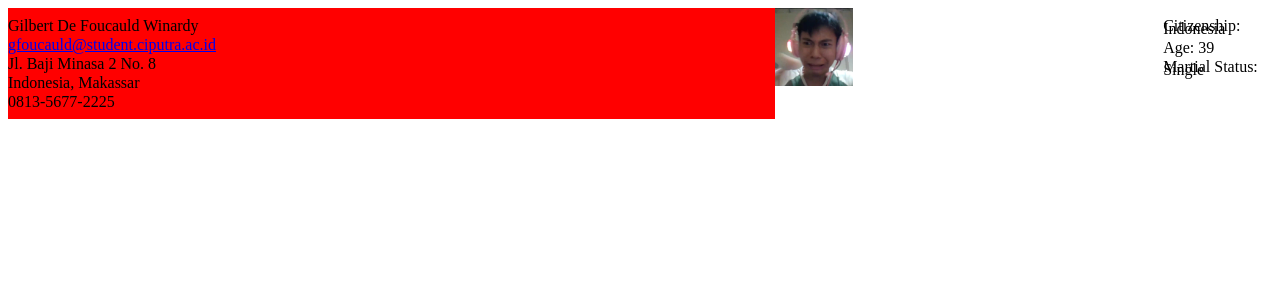
Repository: Gibekkk/WebPro
Page: Tugas Lab 1/index.html
The author's editor kept a copy of each file at every save. The page is drawn from the files as they stood at one save, then again after a run of saves.
The browser window is 1280 px wide. The pictures show the whole page.

Above is the page before, as saved 2024-03-25 12:56:12.

### Tugas Lab 1/index.html
<!DOCTYPE html>
<html lang="en">
<head>
    <meta charset="UTF-8">
    <meta name="viewport" content="width=device-width, initial-scale=1.0">
    <title>Portfolio</title>
    <link rel="stylesheet" href="style.css">
</head>
<body>
    <header>
        <div class="title">
            <p class="name">Gilbert De Foucauld Winardy</p>
            <a href="gfoucauld@student.ciputra.ac.id">gfoucauld@student.ciputra.ac.id</a>
            <p>Jl. Baji Minasa 2 No. 8</p>
            <p>Indonesia, Makassar</p>
            <p>0813-5677-2225</p>
        </div>
        <div class="picture">
            <img class="profile-pic" src="javin.jpg">
        </div>
        <div class="description">
            <p>Citizenship: Indonesia</p>
            <p>Age: 39</p>
            <p>Martial Status: Single</p>
        </div>
    </header>
</body>
</html>

### Tugas Lab 1/style.css
.title{
    background-color: red;
    width: 80%;
}
img{
    width: 20%;
}
.description, .title{
    line-height: 3px;
}
header{
    display: flex;
}

After the next 4 saves:
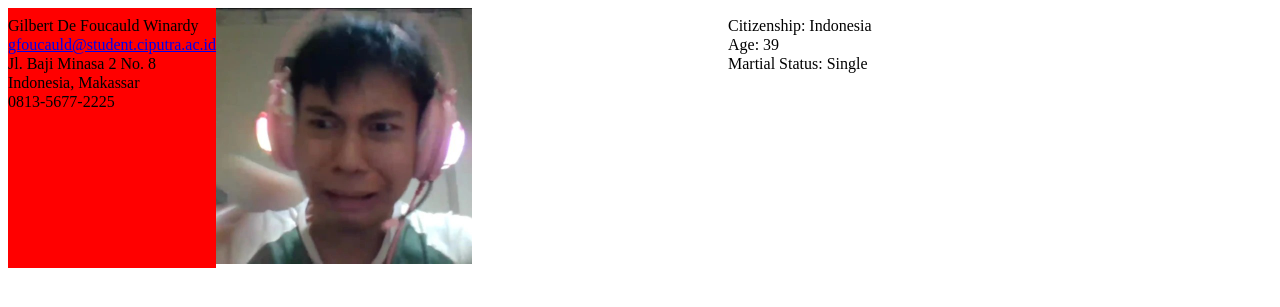
The 4 saves are shown as one change because they came seconds apart.
The last was saved 13 s later.
--- a/Tugas Lab 1/style.css
+++ b/Tugas Lab 1/style.css
@@ -1,9 +1,8 @@
 .title{
     background-color: red;
-    width: 80%;
 }
 img{
-    width: 20%;
+    width: 50%;
 }
 .description, .title{
     line-height: 3px;
